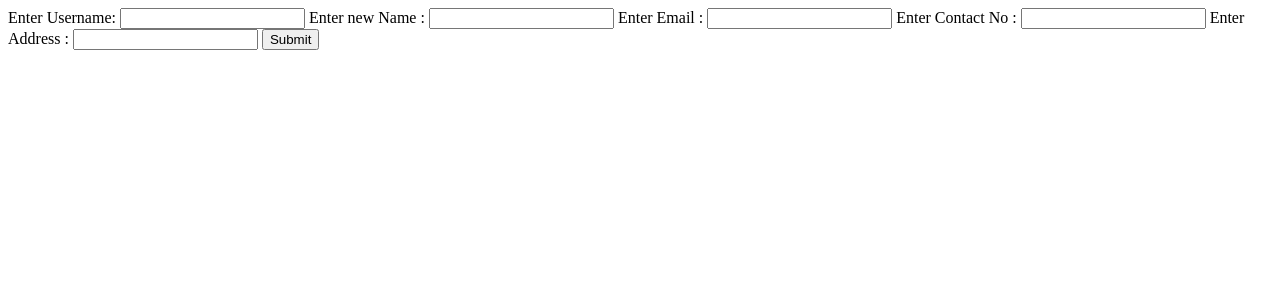
Repository: My-POC-Workspace/HibernateWorkSpace
Page: http://localhost/Mini_Project/Update.jsp
The author's editor kept a copy of each file at every save. The page is drawn from the files as they stood at one save, then again after the next save.
The browser window is 1280 px wide. The pictures show the whole page.
The page is served by Tomcat 9. Other server files are loaded and not shown.

Above is the page before, as saved 2022-09-20 09:20:19.

### Mini Project/src/main/webapp/Update.jsp
<%@ page language="java" contentType="text/html; charset=ISO-8859-1"
    pageEncoding="ISO-8859-1"%>
<!DOCTYPE html>
<html>
<head>
<meta charset="ISO-8859-1">
<title>Insert title here</title>
</head>
<body>
<form action = "UserServlet" method = "post">
	<label>Enter Username: </label>
	<input type = "text" id = "user" name = "userName" value = "${user.userName}" readonly>
	<label>Enter new Name : </label>
	<input type = "text" name = "newName" value = "${user.name}">
	<label>Enter Email : </label>
	<input type = "text"  name = "newEmail" value = "${user.email}">
	<label>Enter  Contact No : </label>
	<input type = "text"  name = "newContact" value = "${user.contactNo}">
	<label>Enter  Address : </label>
	<input type = "text"  name = "newAdd" value = "${user.address}">
	<input type = submit >


	<input type = "hidden" name = "act" value = "UpdateUser">
</form>
</body>
</html>

After the next save:
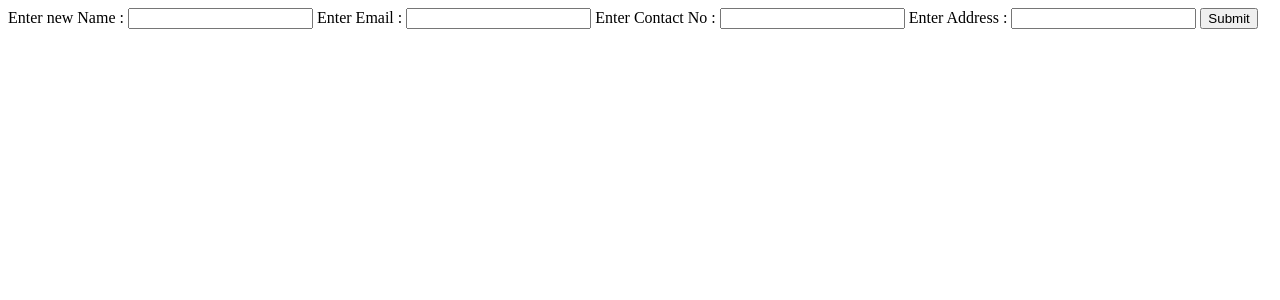
Saved 61 s later.
--- a/Mini Project/src/main/webapp/Update.jsp
+++ b/Mini Project/src/main/webapp/Update.jsp
@@ -8,8 +8,8 @@
 </head>
 <body>
 <form action = "UserServlet" method = "post">
-	<label>Enter Username: </label>
-	<input type = "text" id = "user" name = "userName" value = "${user.userName}" readonly>
+	<!--  <label>Enter Username: </label>
+	<input type = "text" id = "user" name = "userName" value = "${user.userName}" readonly>-->
 	<label>Enter new Name : </label>
 	<input type = "text" name = "newName" value = "${user.name}">
 	<label>Enter Email : </label>

After the save that followed:
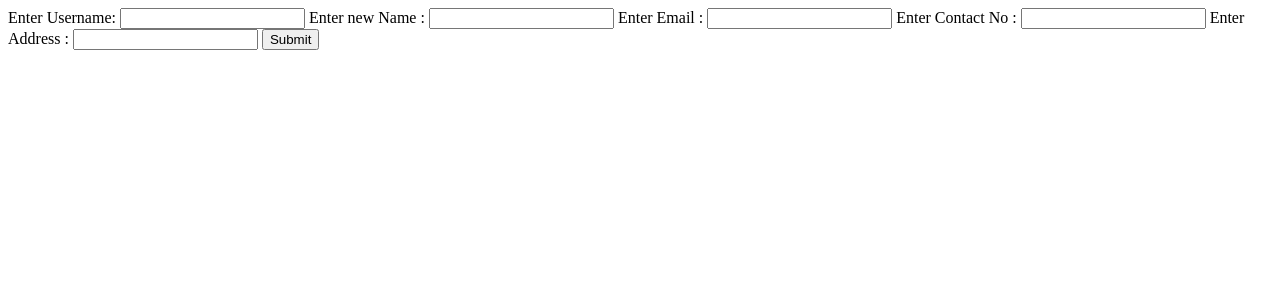
Saved 67 s later.
--- a/Mini Project/src/main/webapp/Update.jsp
+++ b/Mini Project/src/main/webapp/Update.jsp
@@ -8,8 +8,8 @@
 </head>
 <body>
 <form action = "UserServlet" method = "post">
-	<!--  <label>Enter Username: </label>
-	<input type = "text" id = "user" name = "userName" value = "${user.userName}" readonly>-->
+	  <label>Enter Username: </label>
+	<input type = "text" id = "user" name = "userName" value = "${user.userName}" readonly>
 	<label>Enter new Name : </label>
 	<input type = "text" name = "newName" value = "${user.name}">
 	<label>Enter Email : </label>
